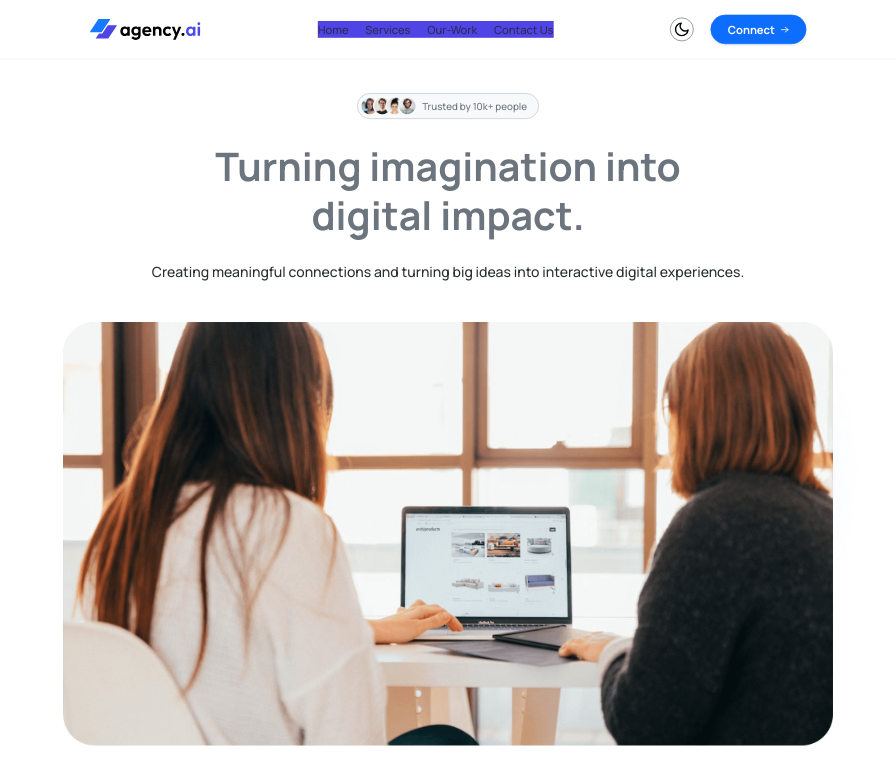
Repository: RAMADAN975/modern-agency-portfolio
Page: /
The author's editor kept a copy of each file at every save. The page is drawn from the files as they stood at one save, then again after the next save.
The browser window is 1280 px wide. The pictures show the part of the page from y = 0 to 1920 px (the page is 1113 px tall before and 2758 px after), at 70% of full size.
The project was rebuilt for these pictures with package versions that can differ from the ones it lists, and the page was loaded fresh each time. Also part of the build but not shown: vite.config.js.

Above is the page before, as saved 2026-03-23 21:25:43.

### index.html
<!doctype html>
<html lang="en">

<head>
  <meta charset="UTF-8" />
  <link rel="icon" type="image/svg+xml" href="/favicon.svg" />
  <meta name="viewport" content="width=device-width, initial-scale=1.0" />
  <title>Agency.AI - GreatStack</title>
</head>

<body>
  <div id="root"></div>
  <script type="module" src="/src/main.jsx"></script>
</body>

</html>

### src/main.jsx
import { StrictMode } from 'react'
import { createRoot } from 'react-dom/client'
import 'bootstrap/dist/css/bootstrap.min.css';
import './index.css'
import App from './App.jsx'

createRoot(document.getElementById('root')).render(
  <StrictMode>
    <App />
  </StrictMode>,
)

### src/index.css
/* 1. الخطوط والأساسيات */
@import url('https://fonts.googleapis.com/css2?family=Josefin+Sans:wght@400;600&family=Manrope:wght@400;500;700&display=swap');

* {
  font-family: "Manrope", sans-serif;
  transition: background-color 0.3s ease, color 0.3s ease;
}

/* 2. تنسيق الـ Navbar العام */
.nav-container {
  padding-left: 5%;
  padding-right: 5%;
  height: 85px;
}

.blur-nav {
  backdrop-filter: blur(15px);
  -webkit-backdrop-filter: blur(15px);
  border-bottom: 1px solid rgba(150, 150, 150, 0.1);
}

/* ألوان الخلفية حسب الثيم (بوتستراب 5.3) */
[data-bs-theme="light"] .blur-nav {
  background-color: rgba(255, 255, 255, 0.85);
}

[data-bs-theme="dark"] .blur-nav {
  background-color: rgba(17, 24, 39, 0.85);
}

/* 3. اللوجو والروابط */
.logo-img {
  width: 8.5rem;
}

@media (min-width: 576px) {
  .logo-img {
    width: 10rem;
  }

  .nav-container {
    padding-left: 10%;
    padding-right: 10%;
  }
}

.nav-link-custom {
  font-weight: 500;
  opacity: 0.8;
  transition: 0.2s;
}

.nav-link-custom:hover {
  opacity: 1;
  color: #5044E5 !important;
}

/* 4. القائمة الجانبية للموبايل (Mobile Sidebar) */
@media (max-width: 575.98px) {
  .mobile-sidebar {
    position: fixed;
    top: 0;
    bottom: 0;
    right: 0;
    height: 100vh;
    z-index: 1050;
    background-color: #5044E5;
    /* لون الـ Primary */
    color: white !important;
    transition: width 0.4s cubic-bezier(0.4, 0, 0.2, 1);
    display: flex;
    flex-direction: column;
    padding-top: 6rem;
  }

  .sidebar-closed {
    width: 0;
    overflow: hidden;
    opacity: 0;
  }

  .sidebar-open {
    width: 260px;
    padding-left: 2.5rem;
    opacity: 1;
  }

  .mobile-sidebar a {
    color: white !important;
    font-size: 1.2rem;
  }
}

### src/App.jsx
import React, { useState } from 'react'
import Navbar from './Components/navbar'
import Hero from './Components/Hero'

const App = () => {

  const [theme, setTheme] = useState(localStorage.getItem('theme') ? localStorage.getItem('theme') : 'light')

  return (
    <div className='dark:bg-black relative'>
      <Navbar theme={theme} setTheme={setTheme} />
      <Hero />
    </div>
  )
}

export default App

### src/Components/navbar.jsx
import { useState } from 'react'
import assets from '../assets/assets'
import ThemeToggleBtn from './ThemeToggleBtn'

const Navbar = ({ theme, setTheme }) => {
    const [sidebarOpen, setSidebarOpen] = useState(false)

    return (
        <nav className="d-flex justify-content-between align-items-center w-100 sticky-top z-3 blur-nav nav-container">

            {/* اللوجو */}
            <img
                src={theme === 'dark' ? assets.logo_dark : assets.logo}
                className="logo-img"
                alt="Logo"
            />

            {/* القائمة (الروابط) - تتحول لـ Sidebar في الموبايل */}
            <div className={`d-flex flex-column flex-sm-row gap-3 gap-sm-4 align-items-sm-center mobile-sidebar ${!sidebarOpen ? 'sidebar-closed' : 'sidebar-open'}`}>

                {/* زر الإغلاق في الموبايل فقط */}
                <img
                    src={assets.close_icon}
                    alt="close"
                    className="d-sm-none position-absolute"
                    style={{ width: '20px', right: '20px', top: '20px', cursor: 'pointer' }}
                    onClick={() => setSidebarOpen(false)}
                />

                <a onClick={() => setSidebarOpen(false)} href="#" className="text-decoration-none text-reset nav-link-custom">Home</a>
                <a onClick={() => setSidebarOpen(false)} href="#services" className="text-decoration-none text-reset nav-link-custom">Services</a>
                <a onClick={() => setSidebarOpen(false)} href="#our-work" className="text-decoration-none text-reset nav-link-custom">Our-Work</a>
                <a onClick={() => setSidebarOpen(false)} href="#contact-us" className="text-decoration-none text-reset nav-link-custom">Contact Us</a>
            </div>

            {/* الأزرار اليمنى (Toggle + Connect) */}
            <div className="d-flex align-items-center gap-2 gap-sm-4">
                <ThemeToggleBtn theme={theme} setTheme={setTheme} />

                {/* أيقونة المنيو للموبايل */}
                <img
                    src={theme === 'dark' ? assets.menu_icon_dark : assets.menu_icon}
                    alt="menu"
                    onClick={() => setSidebarOpen(true)}
                    className="d-sm-none"
                    style={{ width: '30px', cursor: 'pointer' }}
                />

                <a href="#contact-us" className="btn btn-primary rounded-pill d-none d-sm-flex align-items-center gap-2 px-4 py-2 shadow-sm fw-bold">
                    Connect <img src={assets.arrow_icon} width={12} alt="" />
                </a>
            </div>
        </nav>
    )
}

export default Navbar

### src/Components/Hero.jsx
import React from 'react'
import assets from '../assets/assets'

const Hero = () => {
    return (
        <div id='hero' className="d-flex flex-column align-items-center gap-4 py-5 px-3 px-md-5 text-center w-100 overflow-hidden text-secondary dark-text-white hero-container">

            {/* Trusted Badge */}
            <div className="d-inline-flex align-items-center gap-2 border border-secondary-subtle p-1 pe-3 rounded-pill bg-body-tertiary">
                <img style={{ width: '80px' }} src={assets.group_profile} alt="Profiles" />
                <p className="mb-0 small fw-medium">Trusted by 10k+ people</p>
            </div>

            {/* Heading with Gradient */}
            <h1 className="display-4 fw-bold lh-sm mt-2">
                Turning imagination into <br /><span className="text-gradient">digital</span> impact.
            </h1>

            {/* Description */}
            <p className="lead fw-medium text-secondary-emphasis mx-auto pb-3 custom-max-w">
                Creating meaningful connections and turning big ideas into interactive digital experiences.
            </p>

            {/* Hero Image Section */}
            <div className="position-relative w-100 d-flex justify-content-center">
                <img src={assets.hero_img} alt="Hero" className="img-fluid z-1" style={{ maxWidth: '1100px' }} />

                {/* Background Decor Image */}
                <img
                    src={assets.bgImage1}
                    className="position-absolute top-0 end-0 z-n1 w-50 d-none d-md-block"
                    style={{ opacity: 0.7, pointerEvents: 'none' }}
                    alt=""
                />
            </div>

        </div>
    )
}

export default Hero

### src/assets/assets.js
import logo from './logo.svg'
import arrow_icon from './arrow_icon.svg'
import group_profile from './group_profile.png'
import bgImage1 from './bgImage1.png'
import bgImage2 from './bgImage2.png'
import hero_img from './hero_img.png'
import microsoft_logo from './microsoft_logo.png'
import zoom_logo from './zoom_logo.png'
import rakuten_logo from './rakuten_logo.png'
import coinbase_logo from './coinbase_logo.png'
import ads_icon from './ads_icon.svg'
import content_icon from './content_icon.svg'
import marketing_icon from './marketing_icon.svg'
import social_icon from './social_icon.svg'
import menu_icon from './menu_icon.svg'
import close_icon from './close_icon.svg'
import work_mobile_app from './work_mobile_app.png'
import work_fitness_app from './work_fitness_app.png'
import work_dashboard_management from './work_dashboard_management.png'
import email_icon from './email_icon.svg'
import person_icon from './person_icon.svg'
import facebook_icon from './facebook_icon.svg'
import twitter_icon from './twitter_icon.svg'
import instagram_icon from './instagram_icon.svg'
import linkedin_icon from './linkedin_icon.svg'
import logo_dark from './logo_dark.svg'
import airbnb_logo from './airbnb_logo.svg'
import google_logo from './google_logo.svg'
import menu_icon_dark from './menu_icon_dark.svg'
import sun_icon from './sun_icon.svg'
import moon_icon from './moon_icon.svg'


export const company_logos = [
  microsoft_logo,
  zoom_logo,
  rakuten_logo,
  coinbase_logo,
  airbnb_logo,
  google_logo,
]

const assets = {
  logo,
  arrow_icon,
  group_profile,
  bgImage1,
  bgImage2,
  hero_img,
  ads_icon,
  content_icon,
  marketing_icon,
  social_icon,
  menu_icon,
  close_icon,
  work_mobile_app,
  work_fitness_app,
  work_dashboard_management,
  email_icon,
  person_icon,
  facebook_icon,
  twitter_icon,
  instagram_icon,
  linkedin_icon,
  logo_dark,
  menu_icon_dark,
  sun_icon,
  moon_icon
}

export default assets

export const teamData = [
  { name: 'Haley Carter', title: 'CEO & founder', image: 'https://images.unsplash.com/photo-1633332755192-727a05c4013d?q=80&w=200' },
  { name: 'James Walker', title: 'Ads manager', image: 'https://images.unsplash.com/photo-1535713875002-d1d0cf377fde?q=80&w=200' },
  { name: 'Jessica Morgan', title: 'Vice president', image: 'https://images.unsplash.com/photo-1438761681033-6461ffad8d80?q=80&w=200&h=200&auto=format&fit=crop' },
  { name: 'Ashley Bennett', title: 'Marketing & sales', image: 'https://randomuser.me/api/portraits/women/10.jpg' },
  { name: 'Emily Parker', title: 'Content marketer', image: 'https://randomuser.me/api/portraits/women/11.jpg' },
  { name: 'Ryan Mitchell', title: 'Content writer', image: 'https://randomuser.me/api/portraits/men/9.jpg' },
  { name: 'Megan Brooks', title: 'Performance manager', image: 'https://randomuser.me/api/portraits/women/12.jpg' },
  { name: 'Amber Foster', title: 'Senior writer', image: 'https://randomuser.me/api/portraits/women/14.jpg' },
]

### src/Components/ThemeToggleBtn.jsx
import { useEffect } from 'react'
import assets from '../assets/assets'

const ThemeToggleBtn = ({ theme, setTheme }) => {

    useEffect(() => {
        // التحقق من التفضيل المحفوظ أو تفضيل النظام
        const savedTheme = localStorage.getItem('theme');
        const prefersDarkMode = window.matchMedia('(prefers-color-scheme: dark)').matches;

        const initialTheme = savedTheme || (prefersDarkMode ? 'dark' : 'light');
        setTheme(initialTheme);
    }, []);

    useEffect(() => {
        if (theme) {
            // بوتستراب v5.3 يعتمد على سمة data-bs-theme بدلاً من كلاس dark
            document.documentElement.setAttribute('data-bs-theme', theme);

            // للحفاظ على التوافق مع أي تنسيقات قديمة تعتمد على الكلاس
            if (theme === 'dark') {
                document.documentElement.classList.add('dark');
            } else {
                document.documentElement.classList.remove('dark');
            }

            localStorage.setItem('theme', theme);
        }
    }, [theme]);

    return (
        <button className="btn p-0 border-0 shadow-none" type="button">
            {theme === 'dark' ? (
                <img
                    onClick={() => setTheme('light')}
                    src={assets.sun_icon}
                    className="border border-secondary rounded-circle p-1"
                    style={{ width: '34px', height: '34px', objectFit: 'contain' }}
                    alt="Light Mode"
                />
            ) : (
                <img
                    onClick={() => setTheme('dark')}
                    src={assets.moon_icon}
                    className="border border-secondary rounded-circle p-1"
                    style={{ width: '34px', height: '34px', objectFit: 'contain' }}
                    alt="Dark Mode"
                />
            )}
        </button>
    )
}

export default ThemeToggleBtn;

After the next save:
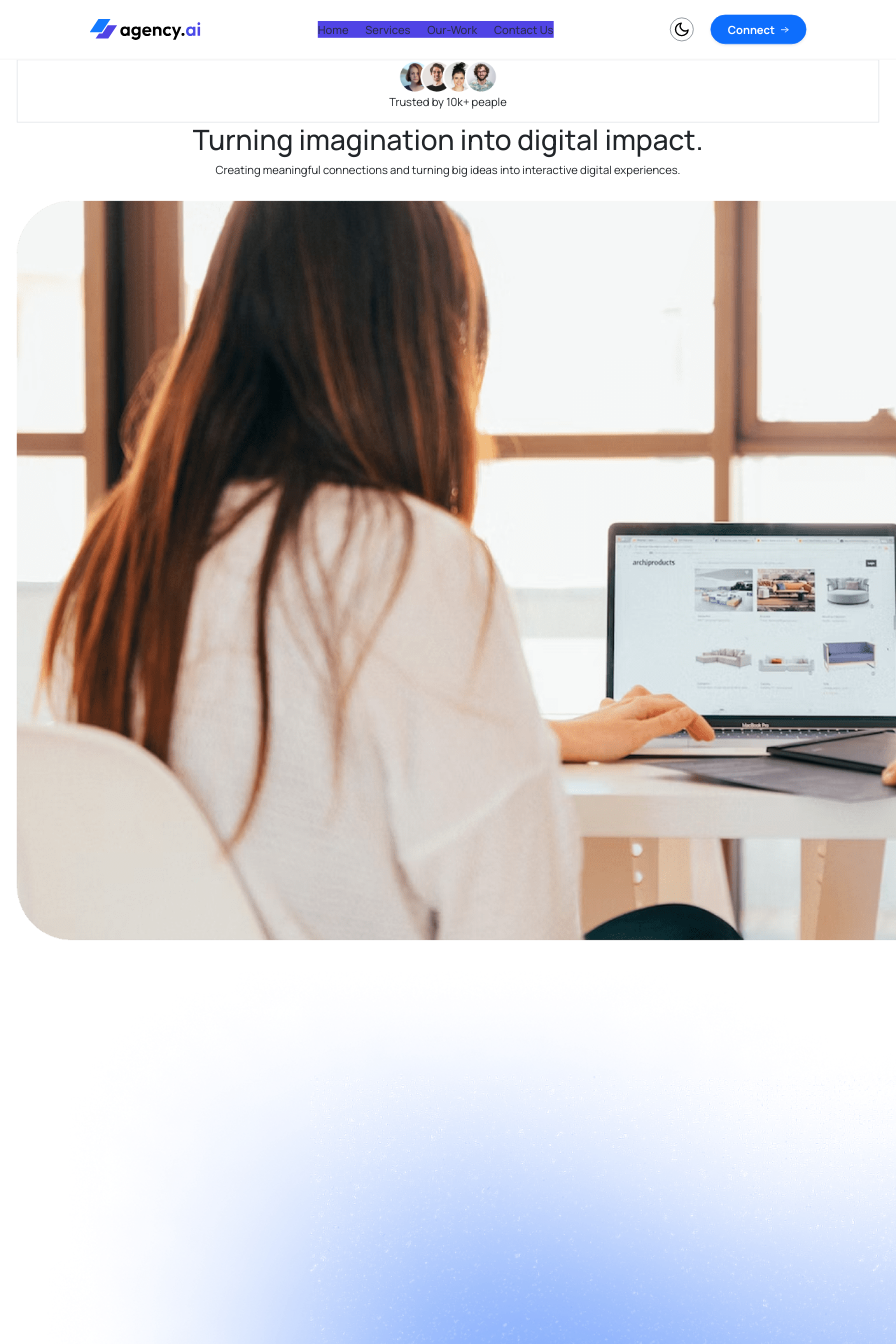
Saved 32 s later.
--- a/src/Components/Hero.jsx
+++ b/src/Components/Hero.jsx
@@ -3,35 +3,20 @@
 
 const Hero = () => {
     return (
-        <div id='hero' className="d-flex flex-column align-items-center gap-4 py-5 px-3 px-md-5 text-center w-100 overflow-hidden text-secondary dark-text-white hero-container">
+        <div id='hero' className='flex flex-col items-center gap-6 py-20 px-4 sm:px-12 lg:px-24 xl:px-40 text-center w-full overflow-hidden text-gray-700 dak:text-white'>
 
-            {/* Trusted Badge */}
-            <div className="d-inline-flex align-items-center gap-2 border border-secondary-subtle p-1 pe-3 rounded-pill bg-body-tertiary">
-                <img style={{ width: '80px' }} src={assets.group_profile} alt="Profiles" />
-                <p className="mb-0 small fw-medium">Trusted by 10k+ people</p>
+            <div className='inline-flex items-center gap-2 border border-gray-300 p-1.5 pr-4 rounded-full'>
+                <img className='w-20' src={assets.group_profile} alt="" />
+                <p className='text-us font-medium'>Trusted by 10k+ peaple</p>
             </div>
 
-            {/* Heading with Gradient */}
-            <h1 className="display-4 fw-bold lh-sm mt-2">
-                Turning imagination into <br /><span className="text-gradient">digital</span> impact.
-            </h1>
+            <h1>Turning imagination into <span className='bg-gradient-to-r from-[#5044Es] to-[#4d8cea] bg-clip-text'>digital</span> impact. </h1>
 
-            {/* Description */}
-            <p className="lead fw-medium text-secondary-emphasis mx-auto pb-3 custom-max-w">
-                Creating meaningful connections and turning big ideas into interactive digital experiences.
-            </p>
+            <p className='text-sm sm:text-lg font-medium text-gray-500 dark:text-white/75 max-w-4/5 sm:max-w-lg pb-3'>Creating meaningful connections and turning big ideas into interactive digital experiences.</p>
 
-            {/* Hero Image Section */}
-            <div className="position-relative w-100 d-flex justify-content-center">
-                <img src={assets.hero_img} alt="Hero" className="img-fluid z-1" style={{ maxWidth: '1100px' }} />
-
-                {/* Background Decor Image */}
-                <img
-                    src={assets.bgImage1}
-                    className="position-absolute top-0 end-0 z-n1 w-50 d-none d-md-block"
-                    style={{ opacity: 0.7, pointerEvents: 'none' }}
-                    alt=""
-                />
+            <div className='relative'>
+                <img src={assets.hero_img} alt="" className='w-full max-w-6xl' />
+                <img src={assets.bgImage1} alt="" className='absolute top-40 -right-40 sm:-top-100 sm:-right-70 -z-1 dark:hidden' />
             </div>
 
         </div>
